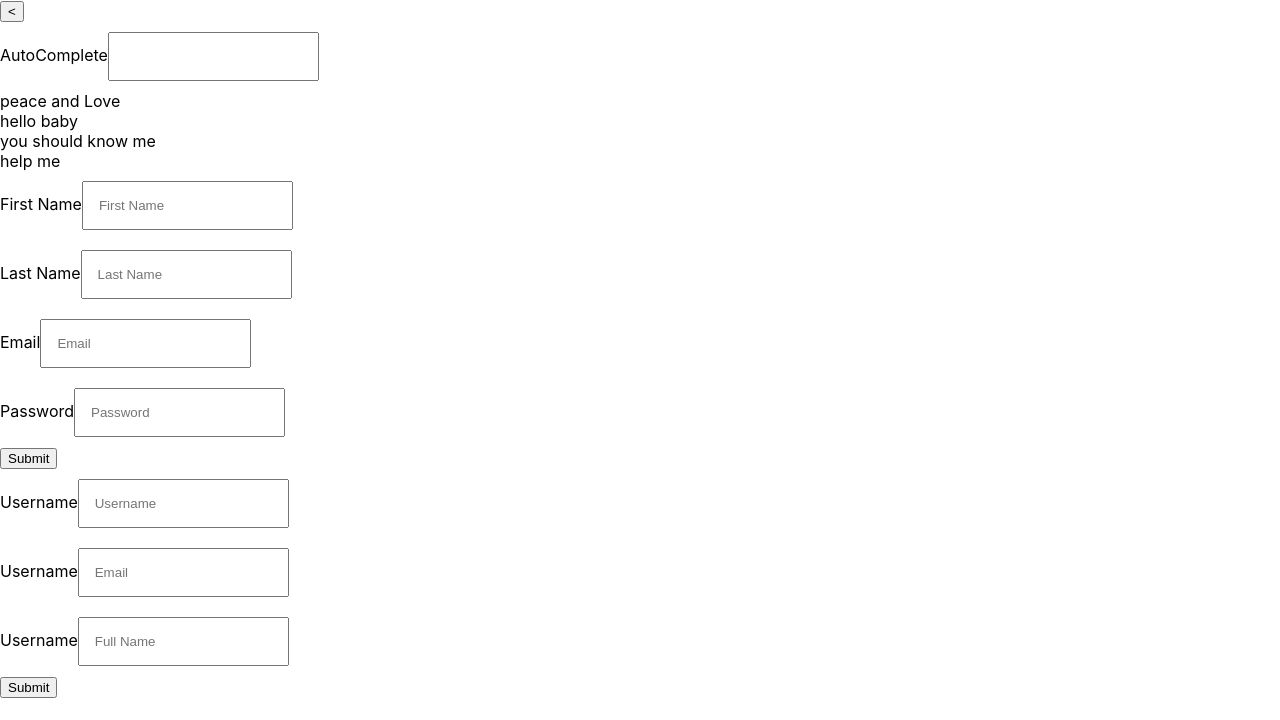
Repository: Jimmy-Lu-iK/Demo-UI
Page: /
An editor plug-in stored every save of this project. The page is shown before and after a run of saves, followed by the edit.
The browser window is 1280 px wide. The pictures show the whole page.
The project was rebuilt for these pictures with package versions that can differ from the ones it lists, and the page was loaded fresh each time. Also part of the build but not shown: src/App.css, src/components/Option.js, src/Js/ArrayBuiltIn.js, src/Js/Word.js.

Above is the page before, as saved 2023-02-12 19:56:48.

### src/App.js
import './App.css';
import AutoComplete from './components/AutoComplete';
import Dropdown from './components/Dorpdown';
import Form from './components/Form';
import FormValidate from './components/FormValidate';
import ArrayBuiltIn from './Js/ArrayBuiltIn';
import Word from './Js/Word';

const App = () => {
  return <div className='app'>
    <Dropdown />
    <AutoComplete />
    <FormValidate />
    <Form />
    {/* <ArrayBuiltIn /> */}
    {/* <Word sentence="hello my name hello is Jinming I want to make friend with you let us to be good friends forever"/> */}
  </div>
};


export default App;

### src/components/AutoComplete.js
import { useState } from "react"

function AutoComplete() {
  const [value, setValue] = useState('')

  const filmList = ['peace and Love',' hello baby', 'you should know me', 'help me']

  const handleChange = (e) => {
    setValue(e.target.value)
  }

  const handleClick = (film) => {
    setValue(film)
  }

  const filteredFilms = filmList.filter((film) => {
    return film.toLowerCase().includes(value.toLowerCase())
  })

  const content= filteredFilms.map((film,index) => {
    return <div key={index} onClick={()=>handleClick(film)}>{film}</div>
  })


  return <div>
    AutoComplete
    <input value={value} onChange={handleChange} />
    <div>
      {content}
    </div>
  </div>
}

export default AutoComplete

### src/components/Dorpdown.js
import { useState } from "react"
import Option from "./Option"

function Dropdown() {
  const [options, setOptions] = useState(['item1','item2'])
  const [select, setSelect] = useState('')
  const [open, setOpen] = useState(false)
  const [add, setAdd] = useState(false)
  const [value, setValue] = useState('')

  const handleChoose = (option) => {
    setSelect(option)
    setOpen(false)
  }

  const handleAdd = (event) => {
    console.log(event)
    setAdd(true)
  }

  const handleChange = (e) => {
    setValue(e.target.value)
  }

  const hanldeSubmit = (e) => {
    e.preventDefault();
    setOptions([...options, value])
    setAdd(false)
  }

  const hanldeOpen = () => {
    setOpen(!open)
  }

  const hanldeEdit = (option,index,newValue) => {
    let newOptions = [...options]

    if(newValue) {
      newOptions[index] = newValue
      setOptions(newOptions)
    } else {
      let newNewOption = newOptions.slice(0,index).concat(newOptions.slice(index+1,newOptions.length-1))
      setOptions(newNewOption)
    }
  }

  const displayContent = <div>{select} <button onClick={hanldeOpen}>{'<'}</button></div>

  const optionsContent = options.map((option,index) => {
    return <Option
            option={option}
            index={index}
            key={option}
            handleChoose={handleChoose}
            handleEdit={hanldeEdit}
          />
  })

  const addContent = add
    ? <form onSubmit={hanldeSubmit}><label>New</label><input value={value} onChange={handleChange}></input><button>Add</button></form>
    : <li onClick={handleAdd}>Add</li>

  return <div>
    {displayContent}
    {open && optionsContent}
    {open && addContent}
  </div>
}

export default Dropdown

### src/components/Form.js
import { useState } from "react";
import FormInput from "./FormInput";

function Form() {
  // const [username, setUsername] = useState('')
  // const [email, setEmail] = useState('')
  // const [fullname, setFullname] = useState('')

  const [values, setValues] = useState({
    username: "",
    email: '',
    birthday: '',
    password: '',
    confirmPassword: '',
  });

  const input = [
    {
      id:1,
      name:'username',
      type:"text",
      placeholder: 'Username',
      label: 'Username'
    },
    {
      id:2,
      name:'email',
      type:"text",
      placeholder: 'Email',
      label: 'Email'
    },
    {
      id:3,
      name:'birthday',
      type:"text",
      placeholder: 'Birthday',
      label: 'Birthday'
    },
    {
      id:4,
      name:'password',
      type:"text",
      placeholder: 'Password',
      label: 'Password'
    },
    {
      id:5,
      name:'confirmPassword',
      type:"text",
      placeholder: 'ConfirmPassword',
      label: 'ConfirmPassword'
    },
  ]

  const handleSubmit = (e) => {
    e.preventDefault();

  }

  return <div>
    <form className='input-form' onSubmit={handleSubmit}>
      <FormInput name="username" placeholder="Username" />
      <FormInput name="email" placeholder="Email" />
      <FormInput name="fullname" placeholder="Full Name" />
      <button>Submit</button>
    </form>
  </div>
}

export default Form;

### src/components/FormValidate.js
import { useState } from "react"
import validator from 'validator';

function FormValidate() {
  const [firstName, setFirstName] = useState('')
  const [lastName, setLastNamee] = useState('')
  const [email, setEmail] = useState('')
  const [password, setPassword] = useState('')

  const handleSubmit = (e) => {
    e.preventDefault();

    const validation = validator.isEmail(email)
    if(validation) {
      alert('success!')
    } else {
      alert('fail!')
    }
  }

  const handleFN = (e) => {
    setFirstName(e.target.value)
  }

  const handleLN = (e) => {
    setLastNamee(e.target.value)
  }

  const handleEmail = (e) => {
    setEmail(e.target.value)
  }

  const handlePassword = (e) => {
    setPassword(e.target.value)
  }

  return (
    <div>
      <form style={{display: 'flex-column'}} onSubmit={handleSubmit}>
        <div>
          <label>First Name</label>
          <input placeholder='First Name' type="text" value={firstName} onChange={handleFN} />
        </div>
        <div>
          <label>Last Name</label>
          <input placeholder='Last Name' type="text" value={lastName} onChange={handleLN} />
        </div>
        <div>
          <label>Email</label>
          <input placeholder='Email' type="text" value={email} onChange={handleEmail} />
        </div>
        <div>
          <label>Password</label>
          <input placeholder='Password' type="text" value={password} onChange={handlePassword} />
        </div>
        <button type='submit'>Submit</button>
      </form>
    </div>
  )
}

export default FormValidate

### src/components/FormInput.js
import './FormInput.css'

function FormInput(props) {
  return <div className="formInput">
    <label>Username</label>
    <input placeholder={props.placeholder} onChange={(e) => props.setUsername(e.target.value)}/>
  </div>
}

export default FormInput

### src/components/FormInput.css
input {
  padding: 15px;
  margin: 10px 0;
}

Loaded but not shown: public/index.html (common file); src/index.js (common file); src/index.css (common file)

After the next 4 saves:
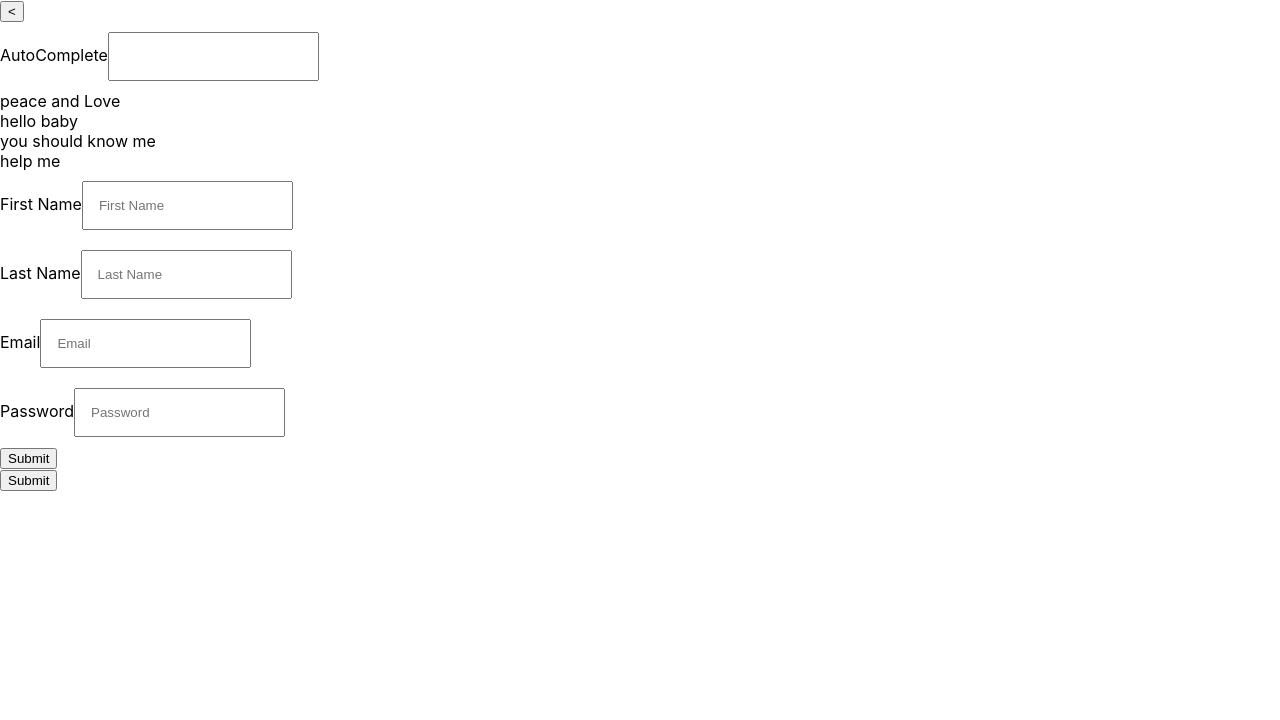
The 4 saves are shown as one change because they came seconds apart.
The last was saved 64 s later.
--- a/src/components/Form.js
+++ b/src/components/Form.js
@@ -14,7 +14,7 @@ function Form() {
     confirmPassword: '',
   });
 
-  const input = [
+  const inputs = [
     {
       id:1,
       name:'username',
@@ -59,9 +59,9 @@ function Form() {
 
   return <div>
     <form className='input-form' onSubmit={handleSubmit}>
-      <FormInput name="username" placeholder="Username" />
-      <FormInput name="email" placeholder="Email" />
-      <FormInput name="fullname" placeholder="Full Name" />
+      {inputs.map((input) => {
+
+      })}
       <button>Submit</button>
     </form>
   </div>
